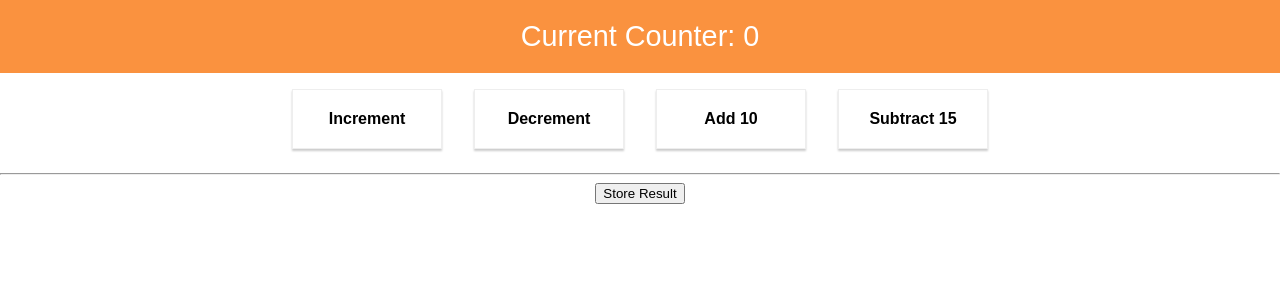
Repository: Aqsajj/react-learning
Page: / (app in redux/redux--01-start/)
These files come from the project's save history. The page is drawn as it stood at one moment and after the next save; the edit follows.
The browser window is 1280 px wide. The pictures show the whole page.
The project was rebuilt for these pictures with package versions that can differ from the ones it lists, and the page was loaded fresh each time.

Above is the page before, as saved 2020-06-04 19:38:37.

After the next save:
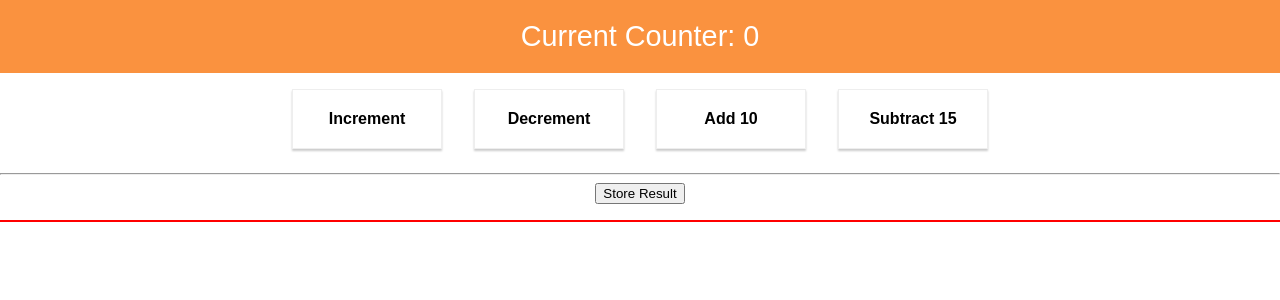
Saved 51 s later.
--- a/redux/redux--01-start/src/containers/Counter/Counter.js
+++ b/redux/redux--01-start/src/containers/Counter/Counter.js
@@ -35,7 +35,7 @@ class Counter extends Component {
                 <CounterControl label="Subtract 15" clicked={this.props.onSubtractCounter} />
                 <hr></hr>
                 <button onClick={this.props.onStoreResult}>Store Result</button>
-                <ul>
+                <ul style={{ border: '1px solid red' }}>
                     {
                         this.props.storedResults.map(res => {
                             < li key={res.id} onClick={this.props.onDeleteResult} >
